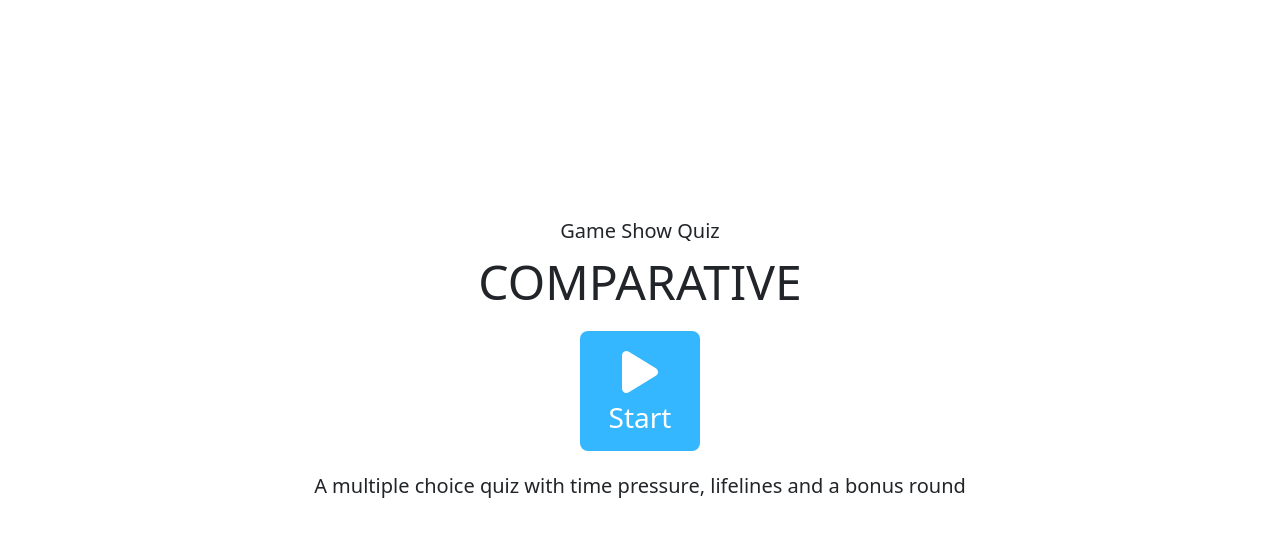
Repository: litaiqiang1407/comparative-gq
Page: /
These files come from the project's save history. The page is drawn as it stood at one moment and after the next save; the edit follows.
The browser window is 1280 px wide. The pictures show the whole page.
The project was rebuilt for these pictures with package versions that can differ from the ones it lists, and the page was loaded fresh each time. Also part of the build but not shown: vue.config.js.

Above is the page before, as saved 2024-06-20 19:56:27.

### public/index.html
<!DOCTYPE html>
<html lang="">
  <head>
    <meta charset="utf-8" />
    <meta http-equiv="X-UA-Compatible" content="IE=edge" />
    <meta name="viewport" content="width=device-width,initial-scale=1.0" />
    <link rel="icon" href="<%= BASE_URL %>favicon.ico" />
    <title>Comparative Game show Quiz</title>
  </head>
  <body>
    <div id="app"></div>
    <!-- built files will be auto injected -->
  </body>
</html>

### src/main.js
// main.js

import { createApp } from "vue";
import App from "./App.vue";
import router from "./router"; // Assuming you have set up router/index.js properly
import "bootstrap/dist/css/bootstrap.min.css";
import "bootstrap/dist/js/bootstrap.bundle.min.js";
import "bootstrap";

// Font Awesome imports
import { library } from "@fortawesome/fontawesome-svg-core";
import { FontAwesomeIcon } from "@fortawesome/vue-fontawesome";
import { fas } from "@fortawesome/free-solid-svg-icons";
import { far } from "@fortawesome/free-regular-svg-icons";
import { fab } from "@fortawesome/free-brands-svg-icons";

library.add(fas, far, fab);

const app = createApp(App);

// Register the FontAwesomeIcon component globally
app.component("font-awesome-icon", FontAwesomeIcon);

// Use Vue Router
app.use(router);

// Mount the app
app.mount("#app");

### src/App.vue
<template>
  <start-game v-if="status === 'start'" @onStart="onStart()" />
  <game-intro v-if="status === 'intro'" @onPlay="onPlay()" />
  <playing-game v-if="status === 'playing'" />
</template>

<script>
// Import
import StartGame from "./components/StartGame/StartGame.vue";
import GameIntro from "./components/PlayingGame/Intro/GameIntro.vue";
import PlayingGame from "./components/PlayingGame/PlayingGame.vue";

// Export
export default {
  name: "App",
  data() {
    return {
      status: "start",
    };
  },
  components: {
    StartGame,
    GameIntro,
    PlayingGame,
  },
  methods: {
    onStart() {
      this.status = "intro";
    },
    onPlay() {
      this.status = "playing";
    },
  },
};
</script>

// Scoped CSS
<style lang="scss">
.example {
  color: blue;
}
</style>

### src/router/index.js
// src/router/index.js

import { createRouter, createWebHistory } from "vue-router";
import StartGame from "../components/StartGame/StartGame.vue";
import PlayingGame from "../components/PlayingGame/PlayingGame.vue";
import GameIntro from "../components/PlayingGame/Intro/GameIntro.vue";

const routes = [
  { path: "/", component: StartGame },
  { path: "/intro", component: GameIntro },
  { path: "/playing", component: PlayingGame },
];

const router = createRouter({
  history: createWebHistory(),
  routes,
});

export default router;

### src/assets/styles/GlobalStyles.scss
@import "normalize.css";
@import url("https://fonts.googleapis.com/css2?family=Rubik:ital,wght@0,300..900;1,300..900&display=swap");

:root {
  --primary-color: #35b7ff;
  --white: #fff;
}

* {
  box-sizing: border-box;
}

html {
  font-size: 62.5%;
}

body {
  font-family: "Rubik", sans-serif;
  font-size: 1.6rem;
  line-height: 1.5;
  text-rendering: optimizeSpeed;
}

h1,
h2,
h3 {
  margin: 0;
}

### src/components/StartGame/StartGame.vue
<template>
  <div class="start">
    <div class="container">
      <h2 class="title">Game Show Quiz</h2>
      <h1 class="game-name">COMPARATIVE</h1>
      <button class="play-button" @click="onStart()">
        <font-awesome-icon :icon="['fas', 'play']" class="button-icon" />
        <span class="button-title">Start</span>
      </button>
      <span class="description">
        A multiple choice quiz with time pressure, lifelines and a bonus round
      </span>
    </div>
  </div>
</template>

<script>
import { FontAwesomeIcon } from "@fortawesome/vue-fontawesome";

export default {
  components: {
    FontAwesomeIcon,
  },
  methods: {
    onStart() {
      this.$emit("onStart");
    },
  },
};
</script>

<style lang="scss" scoped>
@import "./StartGame.scss";
</style>

### src/components/PlayingGame/Intro/GameIntro.vue
<template>
  <div class="game-intro">
    <h1>Welcome to the Game!</h1>
    <p>Get ready...</p>
  </div>
</template>

<script>
export default {
  name: "GameIntro",
  mounted() {
    setTimeout(() => {
      this.$emit("onPlay");
    }, 3000);
  },
};
</script>

<style lang="scss" scoped>
@import "./GameIntro.scss";
</style>

### src/components/PlayingGame/PlayingGame.vue
<template>
  <div class="playing-game">
    <h1>Playing Game...</h1>
    <!-- Game content here -->
  </div>
</template>

<script>
export default {
  name: "PlayingGame",
};
</script>

<style lang="scss" scoped>
.playing-game {
  text-align: center;
  h1 {
    color: #35495e;
  }
}
</style>

### src/components/StartGame/StartGame.scss
.start {
  display: flex;
  justify-content: center;
  align-items: center;
  height: 100vh;

  .container {
    width: 1020px;
    height: 540px;
    margin: 0 auto;
    display: flex;
    flex-direction: column;
    justify-content: center;
    align-items: center;
  }

  .title {
    font-size: 2rem;
    margin-bottom: 1rem;
  }

  .game-name {
    font-size: 4.8rem;
    margin-bottom: 2rem;
  }

  .play-button {
    height: 120px;
    width: 120px;
    display: flex;
    flex-direction: column;
    justify-content: center;
    align-items: center;
    border: none;
    background-color: var(--primary-color);
    cursor: pointer;
    border-radius: 8px;

    .button-icon {
      font-size: 4.8rem;
      margin-bottom: 0.5rem;
      color: var(--white);
    }

    .button-title {
      font-size: 2.8rem;
      color: var(--white);
    }
  }
  .description {
    font-size: 2rem;
    margin-top: 2rem;
    text-align: center;
  }
}

### src/components/PlayingGame/Intro/GameIntro.scss
.game-intro {
    display: flex;
    flex-direction: column;
    align-items: center;
    justify-content: center;
    height: 100vh;
    background-color: #f5f5f5;
    h1 {
      color: #35495e;
    }
    p {
      color: #42b983;
      font-size: 24px;
    }
  }

After the next save:
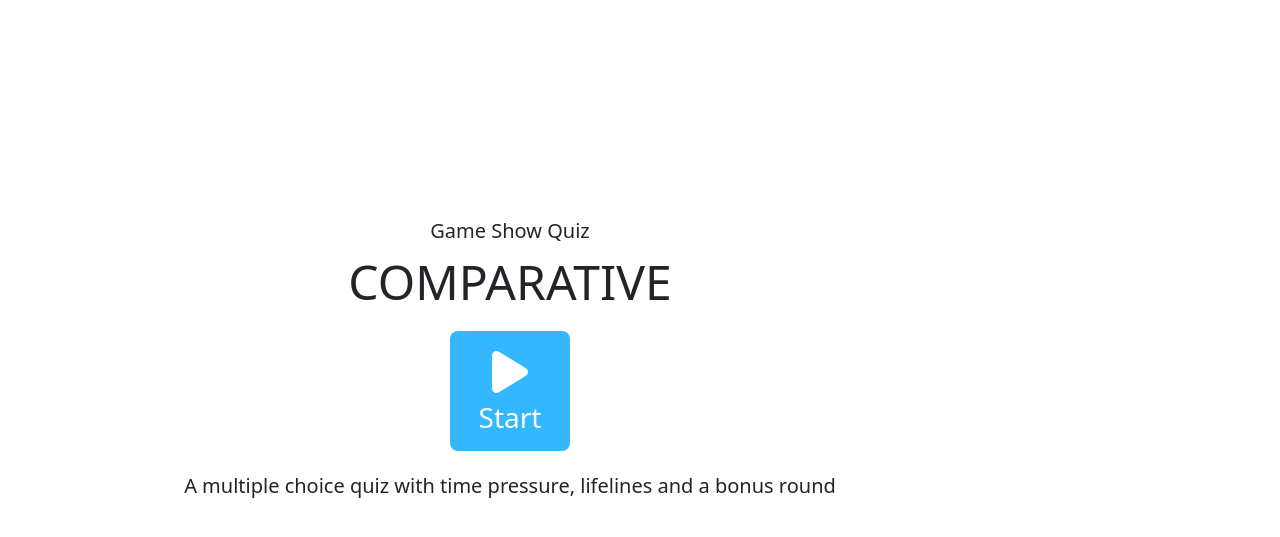
Saved 59 s later.
--- a/src/components/StartGame/StartGame.scss
+++ b/src/components/StartGame/StartGame.scss
@@ -3,9 +3,9 @@
   justify-content: center;
   align-items: center;
   height: 100vh;
+  width: 1020px;
 
   .container {
-    width: 1020px;
     height: 540px;
     margin: 0 auto;
     display: flex;
